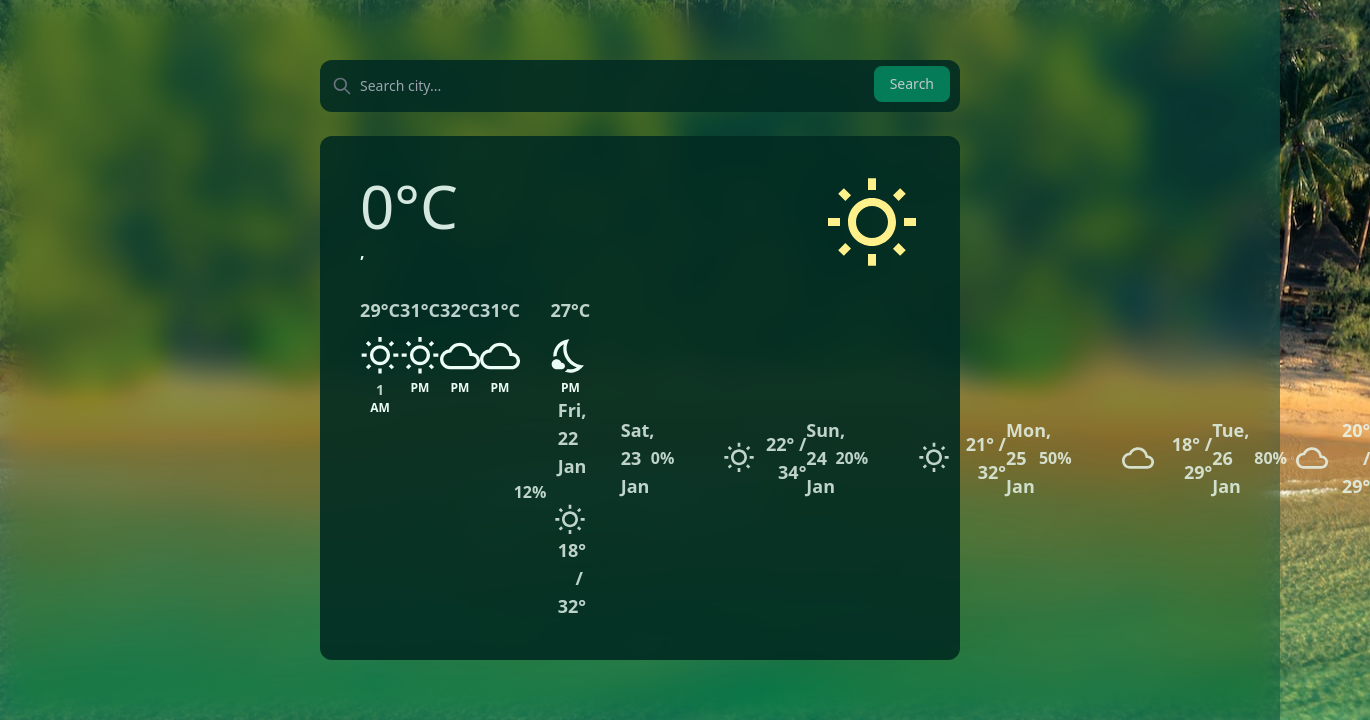
Repository: mikelCabezas/angular-exercices
Page: / (app in weather-app/)
These files come from the project's save history. The page is drawn as it stood at one moment and after the next save; the edit follows.
The browser window is 1280 px wide. The page is 1370 px wide, then 1280 px, so the pictures cover 1370 px, including what lies to the right of the window. The pictures show the whole page.
The project was rebuilt for these pictures with package versions that can differ from the ones it lists, and the page was loaded fresh each time. Also part of the build but not shown: weather-app/angular.json.

Above is the page before, as saved 2023-09-18 19:21:06.

After the next save:
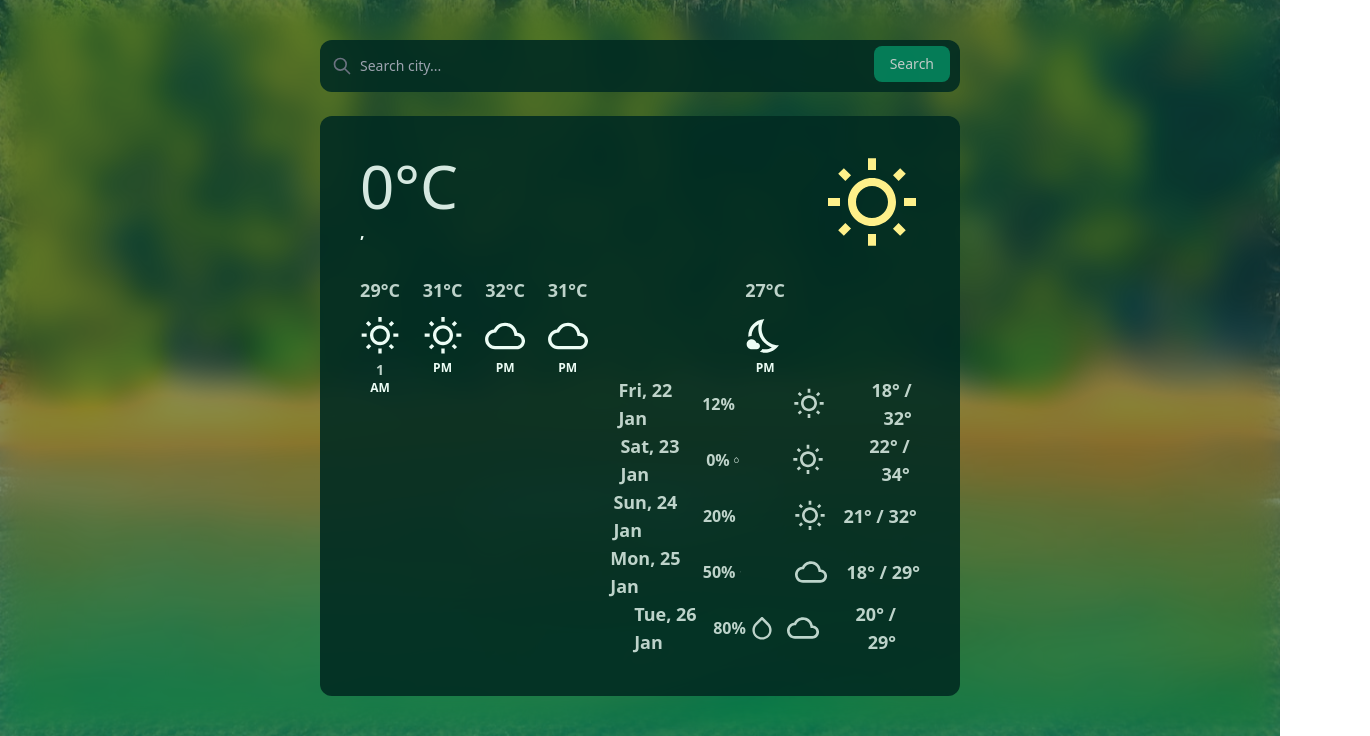
Saved 10 s later.
--- a/weather-app/src/app/components/dashboard/dashboard.component.html
+++ b/weather-app/src/app/components/dashboard/dashboard.component.html
@@ -140,6 +140,7 @@
                 <span class="font-semibold mt-1 text-sm">{{time5h}}</span>
                 <span class="text-xs font-semibold text-emerald-50">PM</span>
 
+        <div class="flex justify-between items-center">
             <span class="font-semibold text-lg w-1/4">Fri, 22 Jan</span>
             <div class="flex items-center justify-end w-1/4 pr-10">
                 <span class="font-semibold">12%</span>
